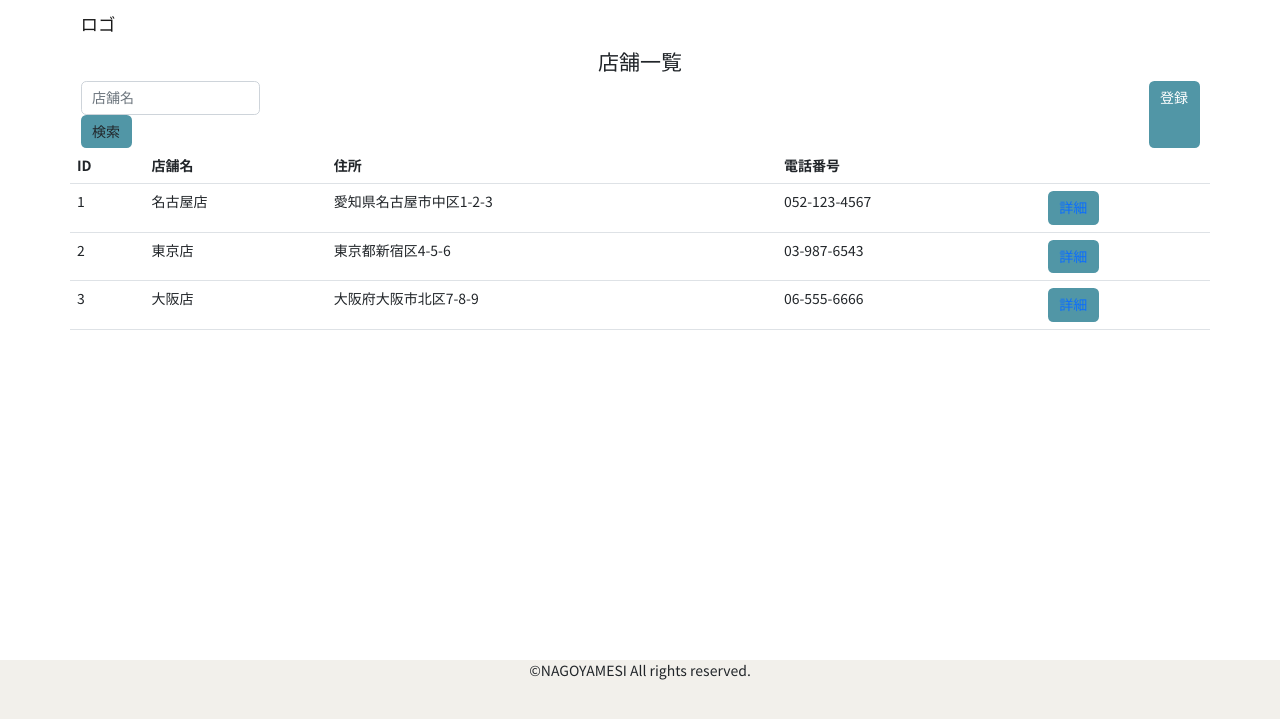
Repository: masa1228ew/taberogu
Page: http://localhost/admin/shop/index
These files come from the project's save history. The page is drawn as it stood at one moment and after the next save; the edit follows.
The browser window is 1280 px wide. The pictures show the whole page.
The page is this project's Thymeleaf template; nobody is signed in. The template is opened directly, without the code that normally fills it, so the values that code supplies are empty.

Above is the page before, as saved 2024-11-17 14:25:00.

### taberogu/taberogu/src/main/resources/templates/admin/shop/index.html
<!DOCTYPE html>
<html xmlns:th="https://www.thymeleaf.org">
	<head>
		 <meta charset="UTF-8">
         <meta name="viewport" content="width=device-width, initial-scale=1">
         <link href="https://cdn.jsdelivr.net/npm/bootstrap@5.2.3/dist/css/bootstrap.min.css" rel="stylesheet" integrity="sha384-rbsA2VBKQhggwzxH7pPCaAqO46MgnOM80zW1RWuH61DGLwZJEdK2Kadq2F9CUG65" crossorigin="anonymous">
          <link rel="preconnect" href="https://fonts.googleapis.com">
         <link rel="preconnect" href="https://fonts.gstatic.com" crossorigin>
         <link href="https://fonts.googleapis.com/css2?family=Noto+Sans+JP:wght@400;500&display=swap" rel="stylesheet">

 <link th:href="@{/css/style.css}" rel="stylesheet" >
         <title>店舗一覧</title>
	</head>
	<body>
	 <div class="wapper">
		<nav class="navbar navbar-light">
			<div class="container">
				<a class="navbar-brand" th:href="@{/}">
					ロゴ
				</a>
			</div>
		</nav>

	<main>
	 <div class="container">
		<div class="row justify-content-center">
			<h1 class="text-center">店舗一覧</h1>
			<div class="justify-content-between index-container">
				<div class="search-form">
				<form>
					<input type="text" class="form-control" name="keyword" placeholder="店舗名">
					<button type="submit" class="btn">検索</button>
				</form>
				</div>
				<a href="#" class="btn text-white">登録</a>
<!--<h3>登録</h3>-->
			</div>
			<table class="table">
				<thead>
				 <tr>
					<th scope="col">ID</th>
					<th scope="col">店舗名</th>
					<th scope="col">住所</th>
					<th scope="col">電話番号</th>
					<th scope="col"></th>
				 </tr>
				</thead>
				<tbody>
<!--					<tr th:each="#">-->
<!--						<td th:text="#"></td>-->
<!--						<td th:text="#"></td>-->
<!--						<td th:text="#"></td>-->
<!--						<td th:text="#"></td>-->
<!--						<td><a href="#">詳細</a></td>-->
<!--					</tr>-->
 <tr>
                        <td>1</td>
                        <td>名古屋店</td>
                        <td>愛知県名古屋市中区1-2-3</td>
                        <td>052-123-4567</td>
                        <td><a href="#" class="btn btn-link">詳細</a></td>
                    </tr>
                    <tr>
                        <td>2</td>
                        <td>東京店</td>
                        <td>東京都新宿区4-5-6</td>
                        <td>03-987-6543</td>
                        <td><a href="#" class="btn btn-link">詳細</a></td>
                    </tr>
                    <tr>
                        <td>3</td>
                        <td>大阪店</td>
                        <td>大阪府大阪市北区7-8-9</td>
                        <td>06-555-6666</td>
                        <td><a href="#" class="btn btn-link">詳細</a></td>
                    </tr>
				</tbody>
			</table>
		</div>
		</div>
		</div>
	</main>
	<footer>
		<div class="justify-content-center">
			<p class="text-center">&copy;NAGOYAMESI  All rights reserved.</p>
		</div>
	</footer>
	</body>
</html>

### taberogu/taberogu/src/main/resources/static/css/style.css
html {
   font-size: 14px;
 }

 body {
   font-family: 'Noto Sans JP', sans-serif;
 }

 h1 {
   font-size: 1.5rem;
 }

 a {
   color: #5196a6;
   text-decoration: none !important;
 }

 a:hover {
     color: #407784;
 }

 footer {
   width: 100%;
   height: 60px;
   position: absolute;
   bottom: 0;
   background-color: #f2f0eb;
 }

 .wapper{
	 min-height: 100vh;
   position: relative;
   padding-bottom: 60px;
   box-sizing: border-box;
 }

 .naver{
	  min-height: 60px;
 }

 .btn:hover {
   opacity: 0.8;
 }

 .btn{
   background-color: #5196a6 !important;
   transition: 0.1s;
 }

 .justify-content-between{
	 display:flex;
 }

 .search-form{
  display: flex;
            align-items: center;
}

.index-container{
	display: flex;
}

After the next save:
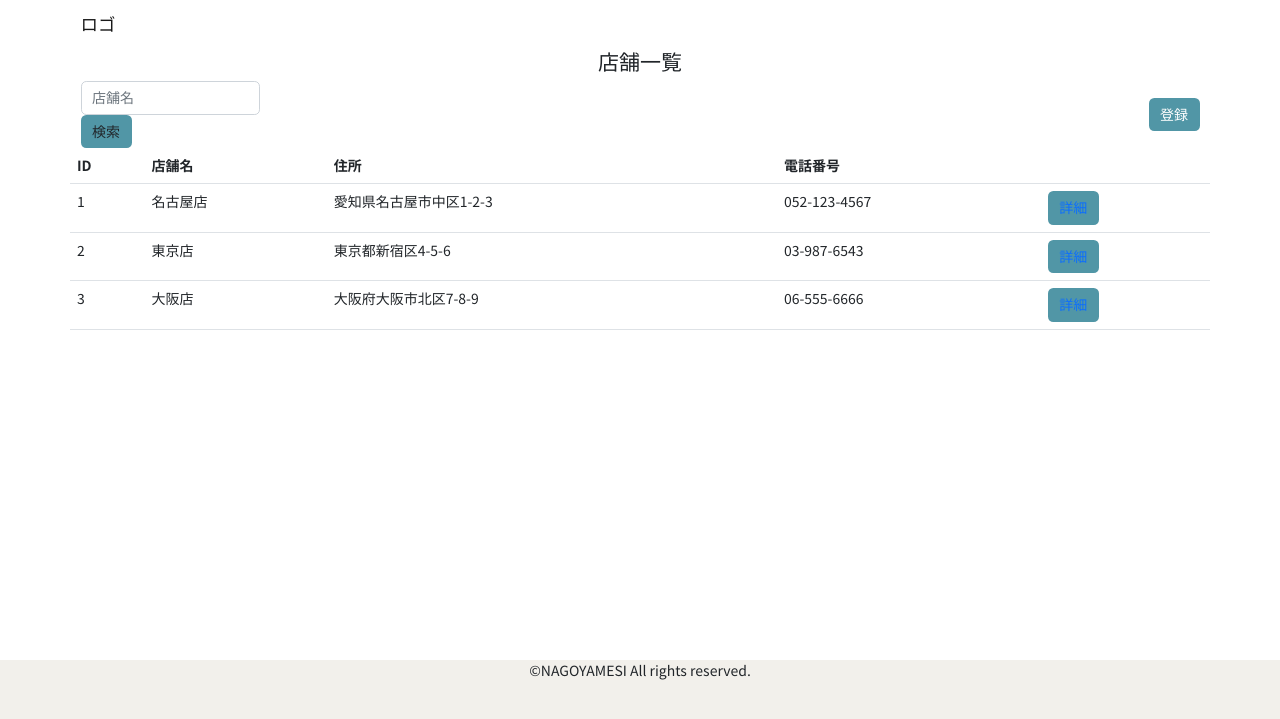
Saved 51 s later.
--- a/taberogu/taberogu/src/main/resources/static/css/style.css
+++ b/taberogu/taberogu/src/main/resources/static/css/style.css
@@ -51,11 +51,12 @@ html {
 	 display:flex;
  }
 
- .search-form{
-  display: flex;
-            align-items: center;
-}
+/* .search-form{*/
+/*  display: flex;*/
+/*            align-items: center;*/
+/*}*/
 
 .index-container{
 	display: flex;
+	align-items: center;
 }
